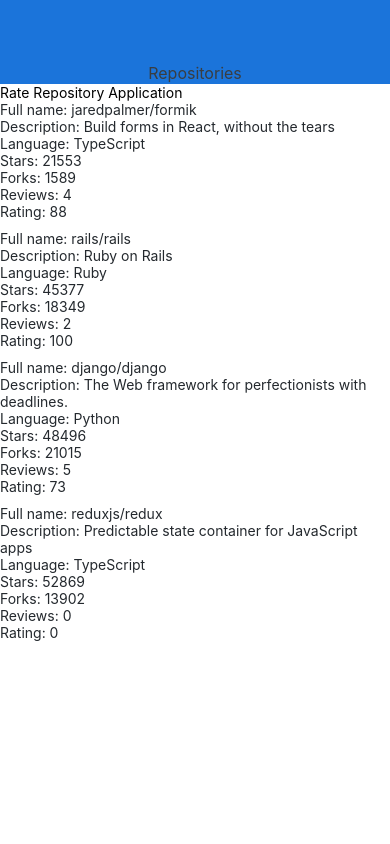
Repository: OrmeSile/react-native-FSO
Screen: / (app in rate-repository-app/)
An editor plug-in stored every save of this project. The screen is shown before and after a run of saves, followed by the edit.
The app was drawn by React Native's web renderer in a window 390 px wide. The project was rebuilt for these pictures with package versions that can differ from the ones it lists, and the page was loaded fresh each time. Some packages were replaced by stand-ins written for this rebuild.

Above is the screen before, as saved 2022-05-15 16:40:58.

### rate-repository-app/src/components/Main.jsx
import { Text, StyleSheet, View } from 'react-native';
import AppBar from './AppBar';
import RepositoryList from './RepositoryList';

const styles = StyleSheet.create({
  container: {
    flexGrow: 1,
    flexShrink: 1,
  },
});

const Main = () => {
  return (
    <View style={styles.container}>
      <AppBar/>
      <Text>Rate Repository Application</Text>
        <RepositoryList />
    </View>
  );
};

export default Main;

### rate-repository-app/src/components/AppBar.jsx
import { View, StyleSheet, Pressable } from 'react-native';
import Text from './Text';
import Constants from 'expo-constants';
import theme from '../theme';

const styles = StyleSheet.create({
  container: {
    paddingTop: Constants.statusBarHeight,
    height: '10%',
    backgroundColor: theme.colors.appBarBackgroundColor,
    opacity: 0.9,
    display: 'flex',
    flexDirection: 'row'
  },
  pressableTab: {
    display: 'flex',
    flexGrow: 1,
    flexShrink: 1,
    alignItems: 'center',
    justifyContent: 'flex-end',
    padding: 1,
    backgroundColor: theme.colors.primary
  }
});

const AppBar = () => {
  return <View style={styles.container}>
    <Pressable style={styles.pressableTab} onPress={() => console.log('pressed')}>
      <Text fontSize='subheading'>Repositories</Text>
    </Pressable>
  </View>;
};

export default AppBar;

### rate-repository-app/src/components/RepositoryList.jsx
import { FlatList, View, StyleSheet } from 'react-native';
import RepositoryItem from './RepositoryItem';

const styles = StyleSheet.create({
  separator: {
    height: 10,
  },
});

const repositories = [
  {
    id: 'jaredpalmer.formik',
    fullName: 'jaredpalmer/formik',
    description: 'Build forms in React, without the tears',
    language: 'TypeScript',
    forksCount: 1589,
    stargazersCount: 21553,
    ratingAverage: 88,
    reviewCount: 4,
    ownerAvatarUrl: 'https://avatars2.githubusercontent.com/u/4060187?v=4',
  },
  {
    id: 'rails.rails',
    fullName: 'rails/rails',
    description: 'Ruby on Rails',
    language: 'Ruby',
    forksCount: 18349,
    stargazersCount: 45377,
    ratingAverage: 100,
    reviewCount: 2,
    ownerAvatarUrl: 'https://avatars1.githubusercontent.com/u/4223?v=4',
  },
  {
    id: 'django.django',
    fullName: 'django/django',
    description: 'The Web framework for perfectionists with deadlines.',
    language: 'Python',
    forksCount: 21015,
    stargazersCount: 48496,
    ratingAverage: 73,
    reviewCount: 5,
    ownerAvatarUrl: 'https://avatars2.githubusercontent.com/u/27804?v=4',
  },
  {
    id: 'reduxjs.redux',
    fullName: 'reduxjs/redux',
    description: 'Predictable state container for JavaScript apps',
    language: 'TypeScript',
    forksCount: 13902,
    stargazersCount: 52869,
    ratingAverage: 0,
    reviewCount: 0,
    ownerAvatarUrl: 'https://avatars3.githubusercontent.com/u/13142323?v=4',
  },
];

const ItemSeparator = () => <View style={styles.separator} />;

const RepositoryList = () => {
  return (
    <FlatList
      data={repositories}
      ItemSeparatorComponent={ItemSeparator}
      renderItem={({ item }) => (
        <RepositoryItem key={item.id} item={item}/>
      )}
    />
  );
};

export default RepositoryList;

### rate-repository-app/src/components/Text.jsx
import { Text as NativeText, StyleSheet } from 'react-native';

import theme from '../theme';

const styles = StyleSheet.create({
  text: {
    color: theme.colors.textPrimary,
    fontSize: theme.fontSizes.body,
    fontFamily: theme.fonts.main,
    fontWeight: theme.fontWeights.normal,
  },
  colorTextSecondary: {
    color: theme.colors.textSecondary,
  },
  colorPrimary: {
    color: theme.colors.primary,
  },
  fontSizeSubheading: {
    fontSize: theme.fontSizes.subheading,
  },
  fontWeightBold: {
    fontWeight: theme.fontWeights.bold,
  },
});

const Text = ({ color, fontSize, fontWeight, style, ...props }) => {
  const textStyle = [
    styles.text,
    color === 'textSecondary' && styles.colorTextSecondary,
    color === 'primary' && styles.colorPrimary,
    fontSize === 'subheading' && styles.fontSizeSubheading,
    fontWeight === 'bold' && styles.fontWeightBold,
    style,
  ];

  return <NativeText style={textStyle} {...props} />;
};

export default Text;

### rate-repository-app/src/theme.js
const theme = {
  colors: {
    textPrimary: '#24292e',
    textSecondary: '#586069',
    primary: '#0366d6',
    appBarBackgroundColor: '#24292e'
  },
  fontSizes: {
    body: 14,
    subheading: 16,
  },
  fonts: {
    main: 'System',
  },
  fontWeights: {
    normal: '400',
    bold: '700',
  },
};

export default theme;

### rate-repository-app/src/components/RepositoryItem.jsx
import { View } from 'react-native';
import Text from './Text';

const RepositoryItem = ({ item }) => {
  return (
    <View>
      <Text>Full name: {item.fullName}</Text>
      <Text>Description: {item.description}</Text>
      <Text>Language: {item.language}</Text>
      <Text>Stars: {item.stargazersCount}</Text>
      <Text>Forks: {item.forksCount}</Text>
      <Text>Reviews: {item.reviewCount}</Text>
      <Text>Rating: {item.ratingAverage}</Text>
    </View>
  );
};

export default RepositoryItem;

Loaded but not shown: rate-repository-app/App.js (common file)

After the next 5 saves:
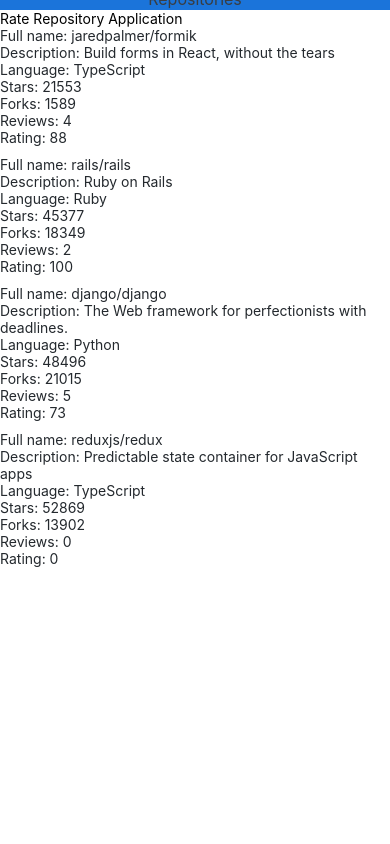
The 5 saves are shown as one change because they came seconds apart.
The last was saved 14 s later.
--- a/rate-repository-app/src/components/AppBar.jsx
+++ b/rate-repository-app/src/components/AppBar.jsx
@@ -6,7 +6,7 @@
 const styles = StyleSheet.create({
   container: {
     paddingTop: Constants.statusBarHeight,
-    height: '10%',
+    height: 10,
     backgroundColor: theme.colors.appBarBackgroundColor,
     opacity: 0.9,
     display: 'flex',
